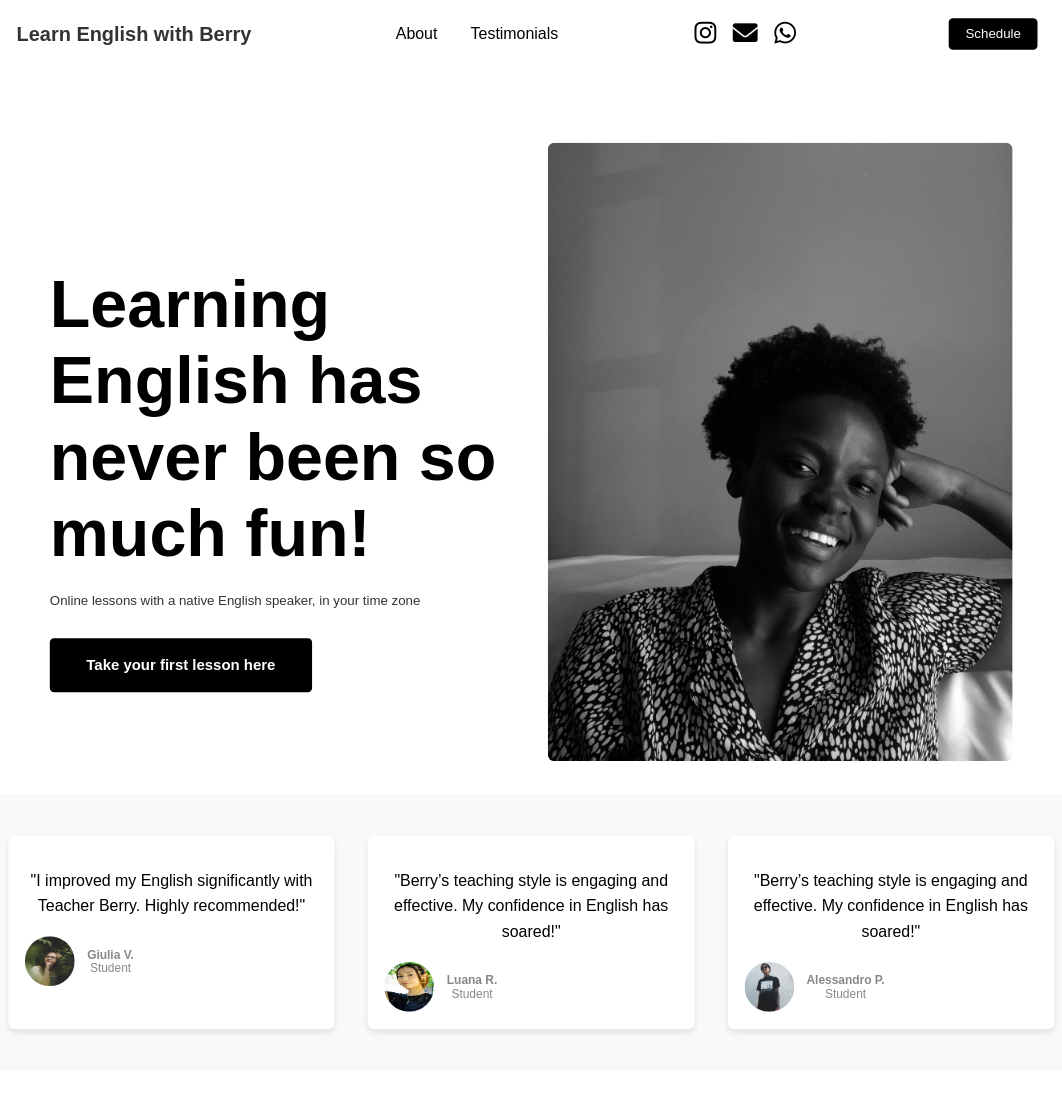
Repository: ntandomagana/esl-landing-page
Page: index.html
These files come from the project's save history. The page is drawn as it stood at one moment and after the next save; the edit follows.
The browser window is 1280 px wide. The pictures show the whole page, at 83% of full size.

Above is the page before, as saved 2024-07-17 13:57:50.

After the next save:
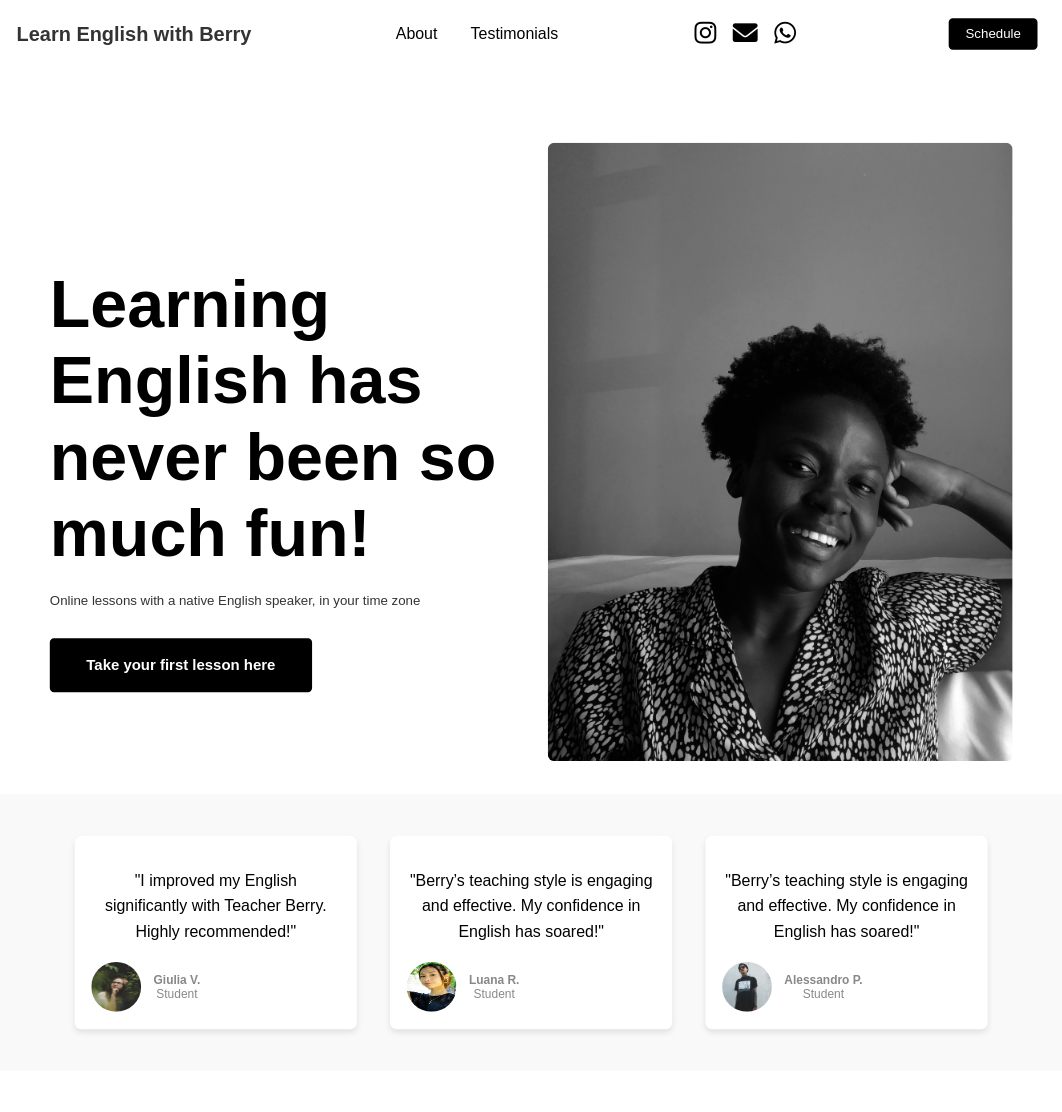
Saved 13 s later.
--- a/index.css
+++ b/index.css
@@ -184,7 +184,7 @@ nav ul li a:hover {
 }
 
 .testimonial-item {
-    width: calc(50% - 20px); /* Adjust width as needed */
+    width: 300px; /* Adjust width as needed */
     margin: 0 10px; /* Adjust margin between testimonials */
     padding: 20px;
     background-color: #fff;
